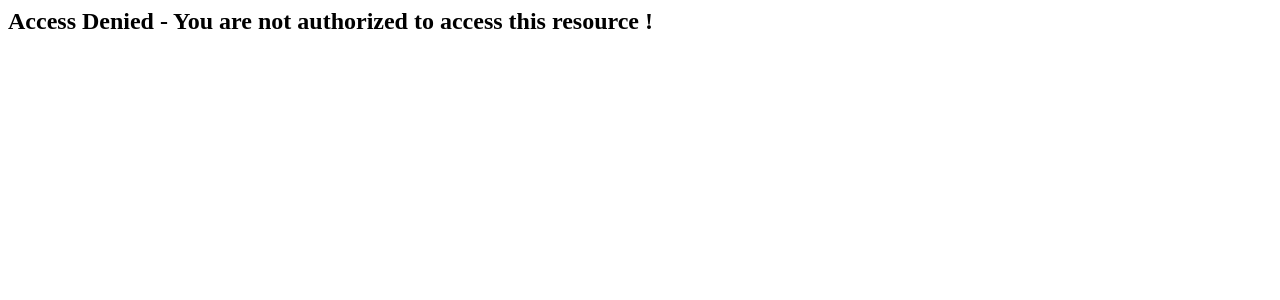
Repository: palash-07/Spring-and-Hibernate-includes-Spring-Boot-
Page: http://localhost/spring-security-demo-07-user-roles/access-denied
These files come from the project's save history. The page is drawn as it stood at one moment and after the next save; the edit follows.
The browser window is 1280 px wide. The pictures show the whole page.
The page is served by Tomcat 9.

Above is the page before, as saved 2022-07-02 07:28:49.

After the next save:
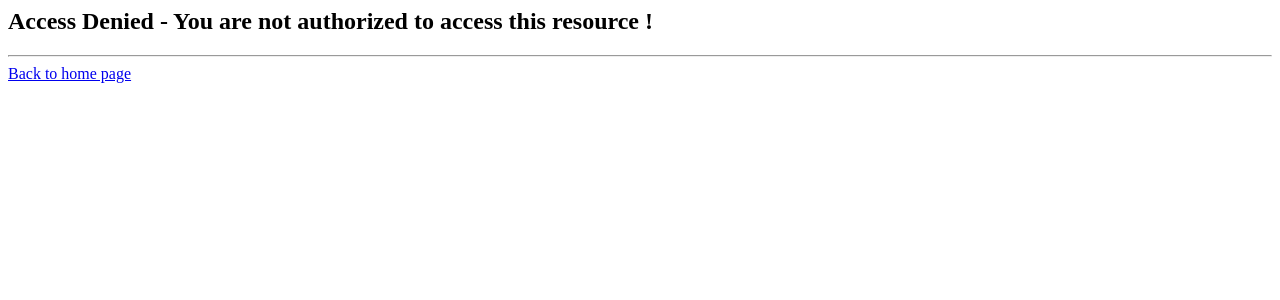
Saved 44 s later.
--- a/spring-security-demo-07-user-roles/src/main/webapp/WEB-INF/view/access-denied.jsp
+++ b/spring-security-demo-07-user-roles/src/main/webapp/WEB-INF/view/access-denied.jsp
@@ -1,11 +1,14 @@
 <html>
 
 <head>
-	<title>Access Denied</title>
+<title>Access Denied</title>
 </head>
 
 <body>
-	<h2>Access Denied - You are not authorized to access this resource !</h2>
+	<h2>Access Denied - You are not authorized to access this resource
+		!</h2>
+	<hr>
+	<a href="${pageContext.request.contextPath }">Back to home page</a>
 </body>
 
 </html>
